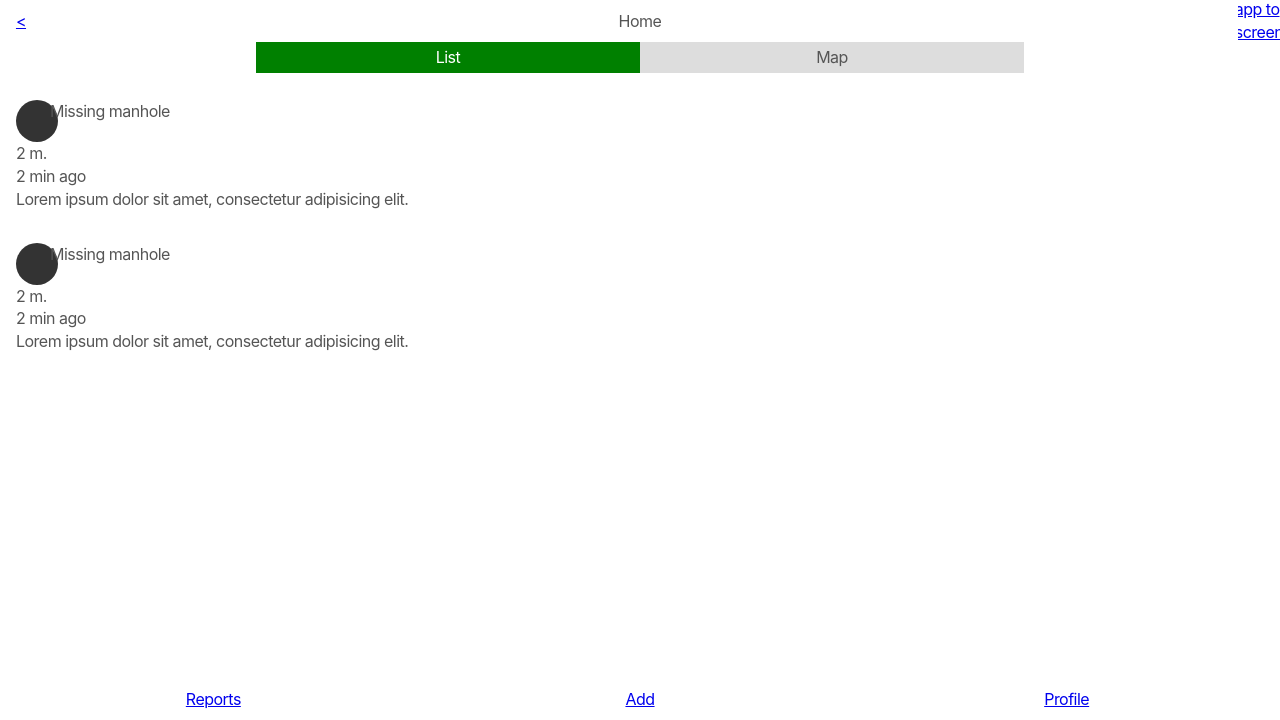
Repository: aleksandrenko/html-css-playground
Page: reports.html
These files come from the project's save history. The page is drawn as it stood at one moment and after a run of saves; the edit follows.
The browser window is 1280 px wide. The pictures show the whole page.

Above is the page before, as saved 2018-01-19 17:42:46.

After the next 2 saves:
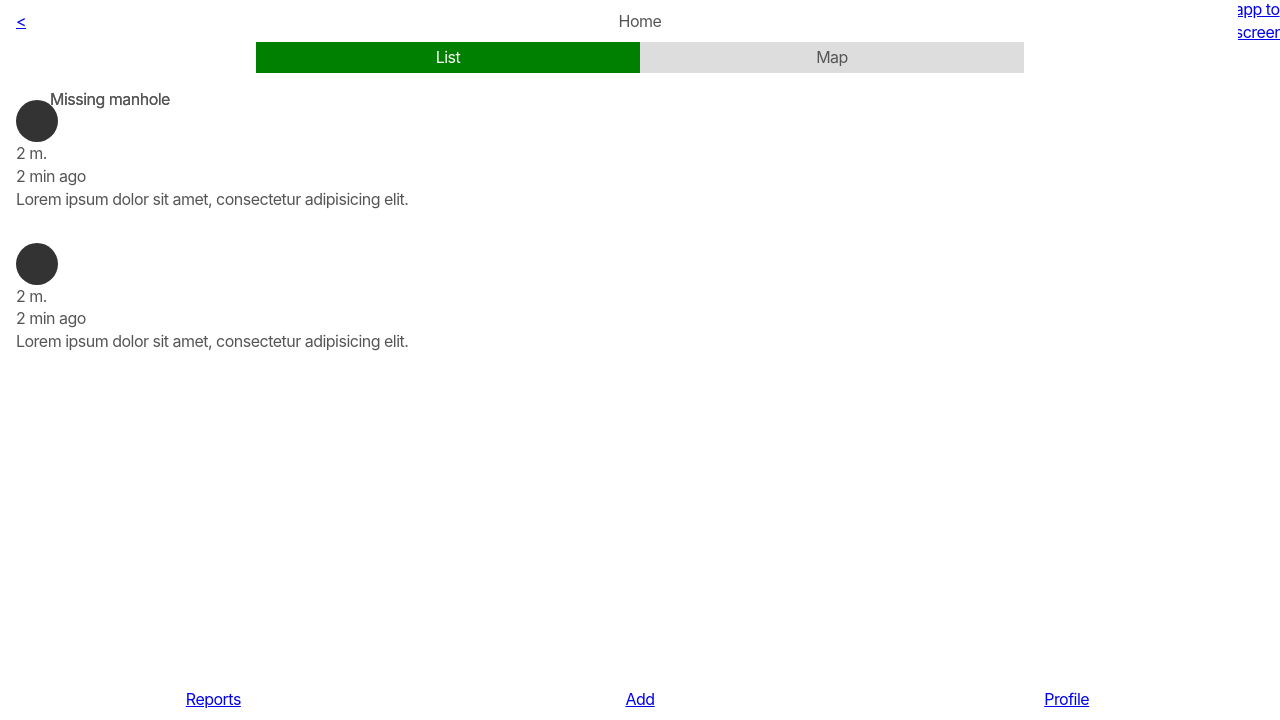
The 2 saves are shown as one change because they came seconds apart.
The last was saved 6 s later.
--- a/css/pages/reports.css
+++ b/css/pages/reports.css
@@ -18,7 +18,7 @@ reports report picture {
 
 reports report name {
   position: absolute;
-  top: 20;
+  top: 0.25rem;
   left: 50px;
   height: 42px;
   right: 20px;
